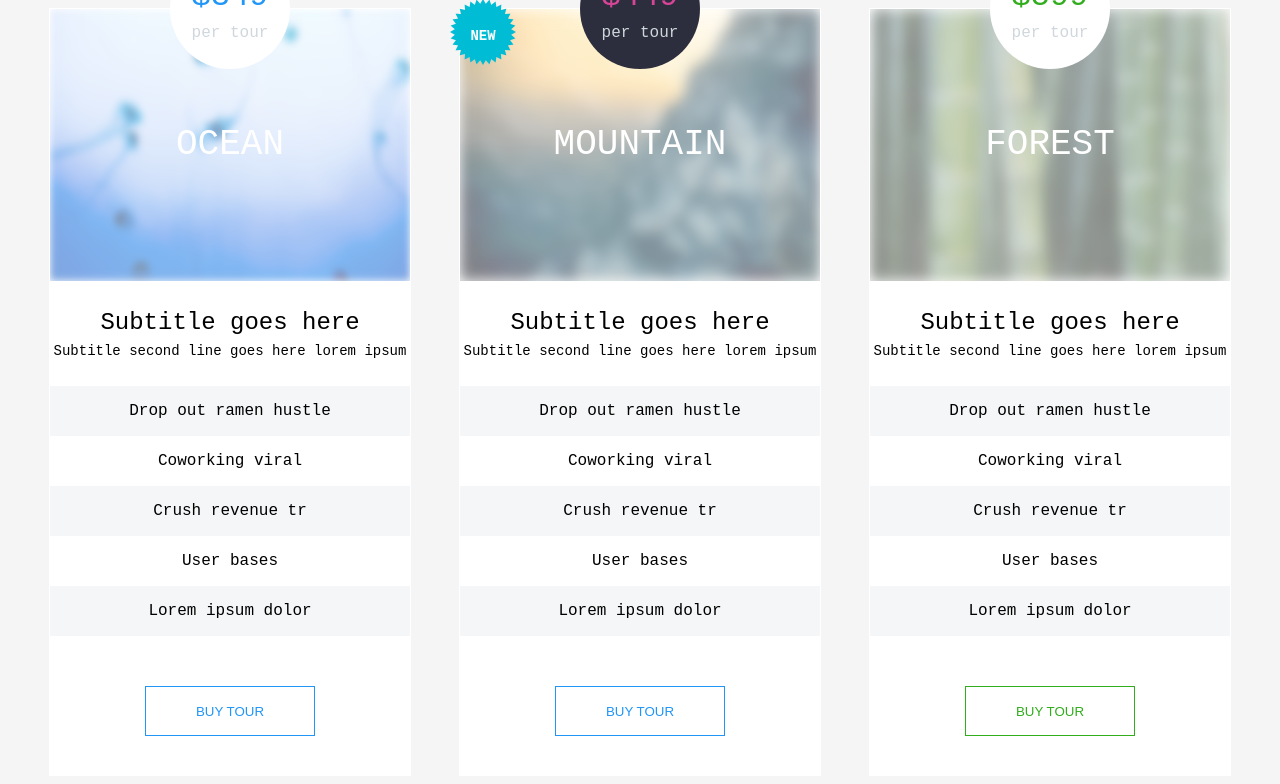
Repository: HoanTiny/pricetable
Page: index.html
These files come from the project's save history. The page is drawn as it stood at one moment and after the next save; the edit follows.
The browser window is 1280 px wide. The pictures show the whole page.

Above is the page before, as saved 2022-07-04 10:53:50.

After the next save:
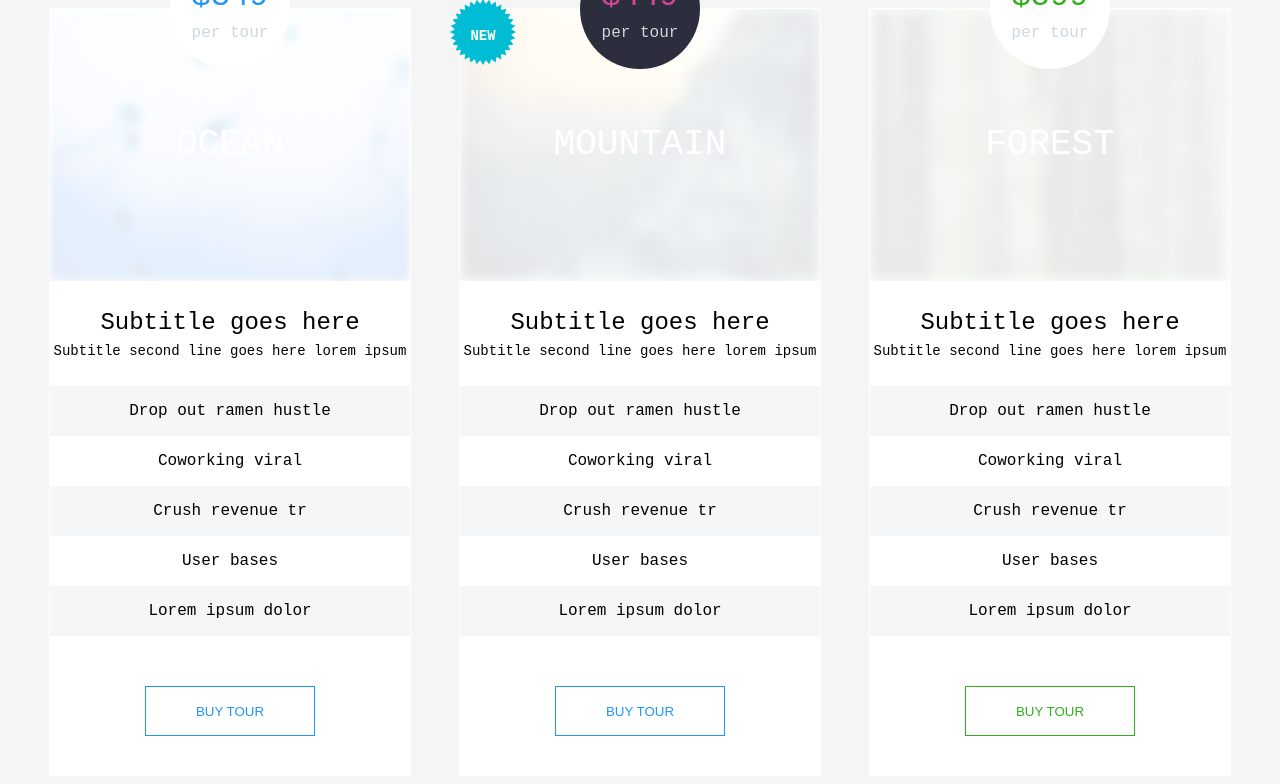
Saved 7 s later.
--- a/assests/css/style.css
+++ b/assests/css/style.css
@@ -43,7 +43,7 @@ body {
 }
 
 .img img {
-    opacity: 0.5;
+    opacity: 0.1;
     /* filter: blur(8px);
     -webkit-filter: blur(8px); */
 }
